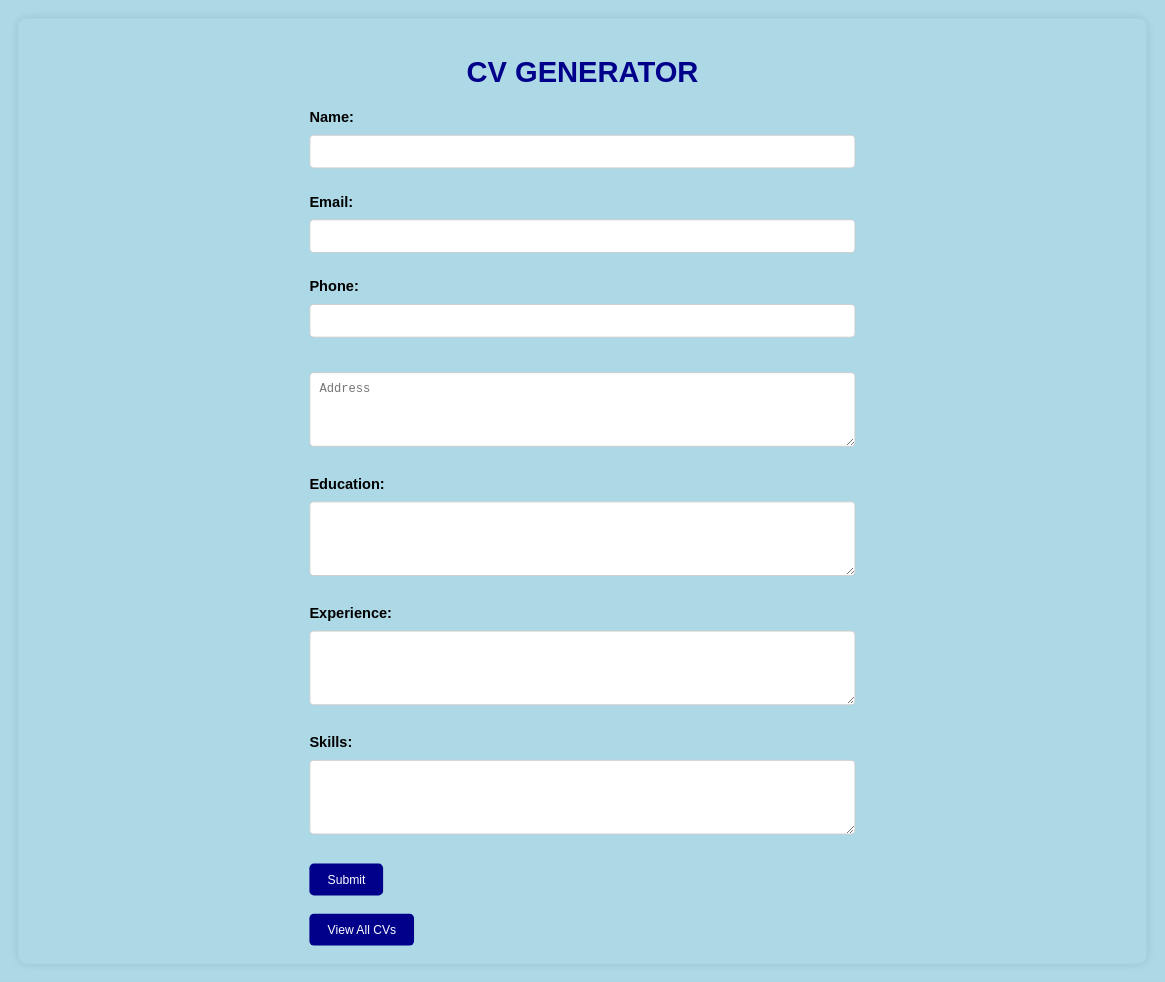
Repository: Arisha004/CV-generator
Page: index.html
An editor plug-in stored every save of this project. The page is shown before and after the next save, followed by the edit.
The browser window is 1280 px wide. The pictures show the whole page, at 91% of full size.

Above is the page before, as saved 2025-10-14 00:44:57.

### index.html
<!DOCTYPE html>
<html lang="en">
<head>
    <meta charset="UTF-8">
    <meta name="viewport" content="width=device-width, initial-scale=1.0">
    <title>Document</title>
    <link rel="stylesheet" href="style.css">
</head>
<body>
    <h1> CV GENERATOR </h1>
    <form id="cv" action="insert.php" method="post">
        <label for="name">Name:</label>
        <input type="text" id="name" name="name" required><br><br>

        <label for="email">Email:</label>
        <input type="email" id="email" name="email" required><br><br>

        <label for="phone">Phone:</label>
        <input type="tel" id="phone" name="phone" required><br><br>

        <textarea id="address" name="address" rows="4" cols="50" placeholder="Address" required></textarea><br><br>
        <label for="education">Education:</label><br>
        <textarea id="education" name="education" rows="4" cols="50" required></textarea><br><br>

        <label for="experience">Experience:</label><br>
        <textarea id="experience" name="experience" rows="4" cols="50" required></textarea><br><br>

        <label for="skills">Skills:</label><br>
        <textarea id="skills" name="skills" rows="4" cols="50" required></textarea><br><br>

        <button type="submit" value="submit"> Submit </button>
    </form>

    <div style="margin-top: 20px;">
        <form id="cv" action="list.php" method="get">
      <button>  <a href="list.php">View All CVs</a></button></form>
    </div>
</body>
</html>

### style.css

body{
    background-color: lightblue;
    font-family: Arial, sans-serif;
    margin: 20px;
    padding: 20px;
    border-radius: 10px;
    box-shadow: 0 0 10px rgba(0, 0,0, 0.1);

}
h1{
    color: darkblue;
    text-align: center;
}
p{
    font-size: 16px;
    line-height: 1.5;
    color: #333;
}
a{
    color: darkblue;
    text-decoration: none;
}
a:hover{
    text-decoration: underline;
}
button{
    background-color: darkblue;
    color: white;
    border: none;
    padding: 10px 20px;
    border-radius: 5px;
    cursor: pointer;
}
button:hover{
    background-color: navy;
}
input[type="text"], input[type="email"], textarea,input[type="tel"]{
    width: 100%;
    padding: 10px;
    margin: 10px 0;
    border: 1px solid #ccc;
    border-radius: 5px;
    box-sizing: border-box;
}
input[type="submit"]{
    background-color: darkblue;
    color: white;
    border: none;
    padding: 10px 20px;
    border-radius: 5px;
    cursor: pointer;
}
form{
    max-width: 600px;
    margin: auto;
}
label{
    font-weight: bold;
}
.container{
    max-width: 800px;
    margin: auto;
    padding: 20px;
    background-color: white;
    border-radius: 10px;
    box-shadow: 0 0 10px rgba(0, 0, 0, 0.1);
}
button a{
    color: white;

}

After the next save:
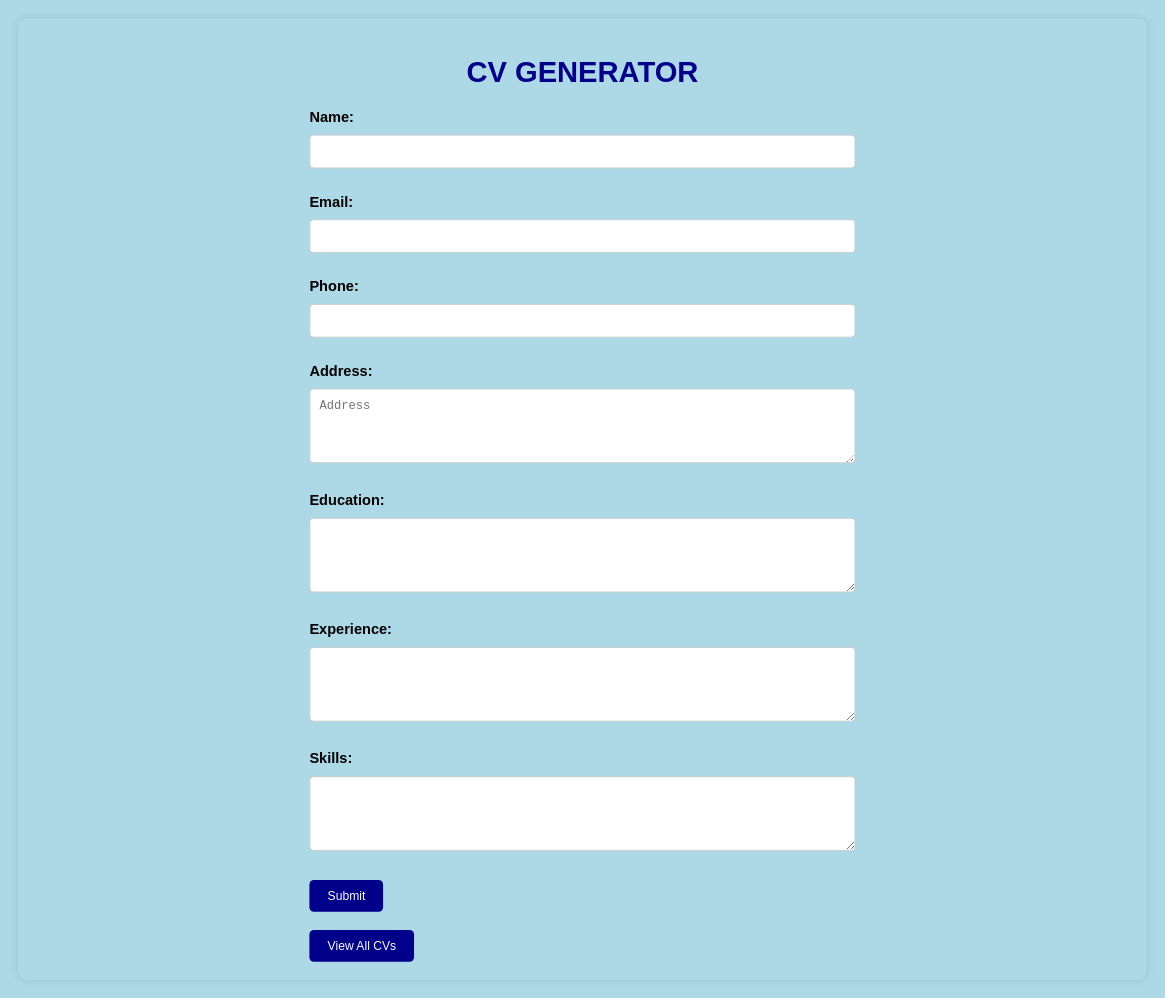
Saved 7 s later.
--- a/index.html
+++ b/index.html
@@ -17,7 +17,7 @@
 
         <label for="phone">Phone:</label>
         <input type="tel" id="phone" name="phone" required><br><br>
-
+        <label for="address">Address:</label><br>
         <textarea id="address" name="address" rows="4" cols="50" placeholder="Address" required></textarea><br><br>
         <label for="education">Education:</label><br>
         <textarea id="education" name="education" rows="4" cols="50" required></textarea><br><br>
